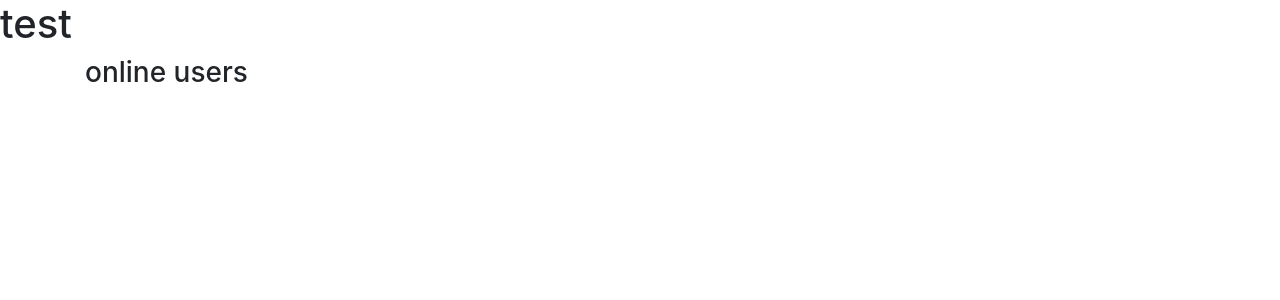
Repository: lakitha96/chat-socket.io
Page: index.html
The author's editor kept a copy of each file at every save. The page is drawn from the files as they stood at one save, then again after the next save.
The browser window is 1280 px wide. The pictures show the whole page.
Some web libraries are served in a nearby version.

Above is the page before, as saved 2018-07-17 15:23:00.
Not found: js/scripts.js

### index.html
<!doctype html>

<html lang="en">
<head>
  <meta charset="utf-8">

  <title>The HTML5 Herald</title>
  <meta name="description" content="The HTML5 Herald">
  <meta name="author" content="SitePoint">

  <link rel="stylesheet" href="https://maxcdn.bootstrapcdn.com/bootstrap/4.0.0/css/bootstrap.min.css" integrity="sha384-Gn5384xqQ1aoWXA+058RXPxPg6fy4IWvTNh0E263XmFcJlSAwiGgFAW/dAiS6JXm" crossorigin="anonymous">
  <script src="https://code.jquery.com/jquery-3.2.1.slim.min.js" integrity="sha384-KJ3o2DKtIkvYIK3UENzmM7KCkRr/rE9/Qpg6aAZGJwFDMVNA/GpGFF93hXpG5KkN" crossorigin="anonymous"></script>
  <script src="https://cdnjs.cloudflare.com/ajax/libs/popper.js/1.12.9/umd/popper.min.js" integrity="sha384-ApNbgh9B+Y1QKtv3Rn7W3mgPxhU9K/ScQsAP7hUibX39j7fakFPskvXusvfa0b4Q" crossorigin="anonymous"></script>
  <script src="https://maxcdn.bootstrapcdn.com/bootstrap/4.0.0/js/bootstrap.min.js" integrity="sha384-JZR6Spejh4U02d8jOt6vLEHfe/JQGiRRSQQxSfFWpi1MquVdAyjUar5+76PVCmYl" crossorigin="anonymous"></script>
  <script src="https://cdnjs.cloudflare.com/ajax/libs/socket.io/2.1.1/socket.io.dev.js"></script>

  <!--[if lt IE 9]>
    <script src="https://cdnjs.cloudflare.com/ajax/libs/html5shiv/3.7.3/html5shiv.js"></script>
  <![endif]-->
</head>

<body>
  <script src="js/scripts.js"></script>
  <h1>test</h1>
  <div class="container">
    <div class="row">
      <div class="col-md-4">
          <div class="well">
            <h3>online users</h3>
            <ul class="list-group" id="users"></ul>
          </div>
      </div>

      <div class="col-md-8">
        <div class="chat" id="chat">
          <form id="message-form">
            <div class="form-group">

            </div>
          </form>
        </div>
      </div>

    </div>
  </div>
</body>
</html>

After the next save:
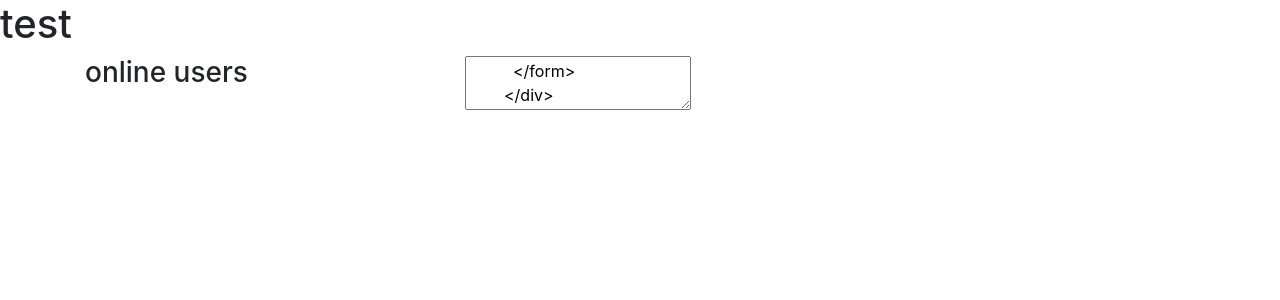
Saved 44 s later.
--- a/index.html
+++ b/index.html
@@ -35,7 +35,7 @@
         <div class="chat" id="chat">
           <form id="message-form">
             <div class="form-group">
-
+              <textarea id=""
             </div>
           </form>
         </div>
